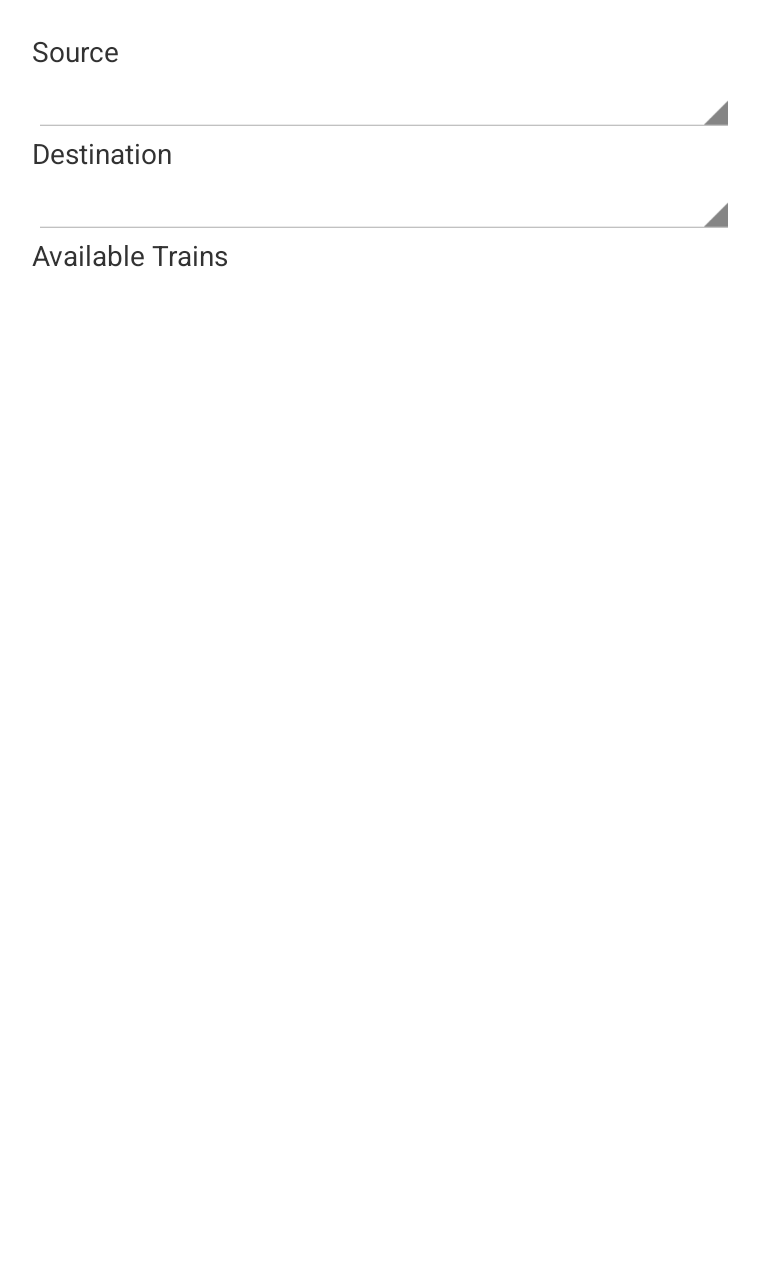
Repository: sunnypatel/Classwork
Layout: Senior Yr/Winter/cs275/assignment2/septa_assignment2/res/layout/activity_main.xml
These files come from the project's save history. The layout is drawn as it stood at one moment and after the next save; the edit follows.
It is drawn on a 768 x 1280 px phone screen (xhdpi) without system bars, with theme AppTheme; the app's code is not run. Lists and similar views that code fills are empty.

Above is the layout before, as saved 2014-03-06 00:55:00.

### Senior Yr/Winter/cs275/assignment2/septa_assignment2/res/layout/activity_main.xml
<RelativeLayout xmlns:android="http://schemas.android.com/apk/res/android"
    xmlns:tools="http://schemas.android.com/tools"
    android:layout_width="match_parent"
    android:layout_height="match_parent"
    android:paddingBottom="@dimen/activity_vertical_margin"
    android:paddingLeft="@dimen/activity_horizontal_margin"
    android:paddingRight="@dimen/activity_horizontal_margin"
    android:paddingTop="@dimen/activity_vertical_margin"
    tools:context=".MainActivity" >

    <LinearLayout
        android:id="@+id/linearLayout1"
        android:layout_width="wrap_content"
        android:layout_height="wrap_content"
        android:layout_alignParentBottom="true"
        android:layout_alignParentLeft="true"
        android:layout_alignParentRight="true"
        android:layout_alignParentTop="true"
        android:orientation="vertical" >

        <TextView
            android:id="@+id/textView1"
            android:layout_width="wrap_content"
            android:layout_height="wrap_content"
            android:text="@string/source" />

        <Spinner
            android:id="@+id/source_station"
            android:layout_width="match_parent"
            android:layout_height="wrap_content" />

        <TextView
            android:id="@+id/textView2"
            android:layout_width="wrap_content"
            android:layout_height="wrap_content"
            android:text="@string/destination" />

        <Spinner
            android:id="@+id/destination_station"
            android:layout_width="match_parent"
            android:layout_height="wrap_content" />

        <LinearLayout
            android:layout_width="match_parent"
            android:layout_height="wrap_content" >

            <TextView
                android:id="@+id/available_trains_text"
                android:layout_width="wrap_content"
                android:layout_height="wrap_content"
                android:text="@string/availableTrains" />
        </LinearLayout>

        <ListView
            android:id="@+id/availableTrains_list"
            android:layout_width="match_parent"
            android:layout_height="fill_parent" >
        </ListView>

        <Button
            android:id="@+id/button1"
            android:layout_width="fill_parent"
            android:layout_height="wrap_content"
            android:text="Button" />

    </LinearLayout>

</RelativeLayout>

### Senior Yr/Winter/cs275/assignment2/septa_assignment2/res/values/strings.xml
<?xml version="1.0" encoding="utf-8"?>
<resources>

    <string name="app_name">septa_assignment2</string>
    <string name="action_settings">Settings</string>
    <string name="hello_world">Hello world!</string>
    <string name="source">Source</string>
    <string name="destination">Destination</string>
    <string name="availableTrains">Available Trains</string>
    <string name="title_activity_train_detail_info">TrainDetailInfo</string>

</resources>

Loaded but not shown: Senior Yr/Winter/cs275/assignment2/septa_assignment2/res/values/styles.xml (common file); Senior Yr/Winter/cs275/assignment2/septa_assignment2/res/values-v11/styles.xml (common file); Senior Yr/Winter/cs275/assignment2/septa_assignment2/res/values-v14/styles.xml (common file); Senior Yr/Winter/cs275/assignment2/septa_assignment2/res/values/dimens.xml (common file)

After the next save:
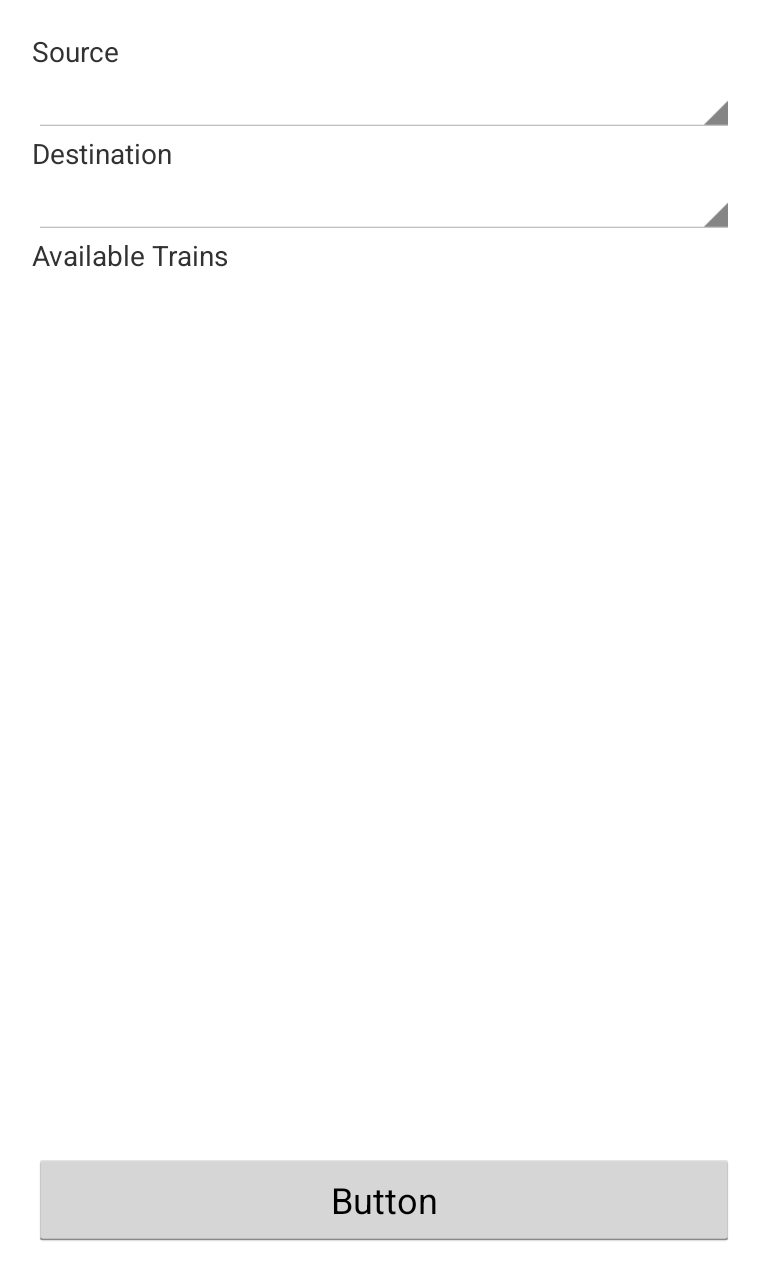
Saved 97 s later.
--- a/Senior Yr/Winter/cs275/assignment2/septa_assignment2/res/layout/activity_main.xml
+++ b/Senior Yr/Winter/cs275/assignment2/septa_assignment2/res/layout/activity_main.xml
@@ -54,7 +54,8 @@
         <ListView
             android:id="@+id/availableTrains_list"
             android:layout_width="match_parent"
-            android:layout_height="fill_parent" >
+            android:layout_height="186dp"
+            android:layout_weight="0.71" >
         </ListView>
 
         <Button
@@ -62,7 +63,6 @@
             android:layout_width="fill_parent"
             android:layout_height="wrap_content"
             android:text="Button" />
-
     </LinearLayout>
 
 </RelativeLayout>
